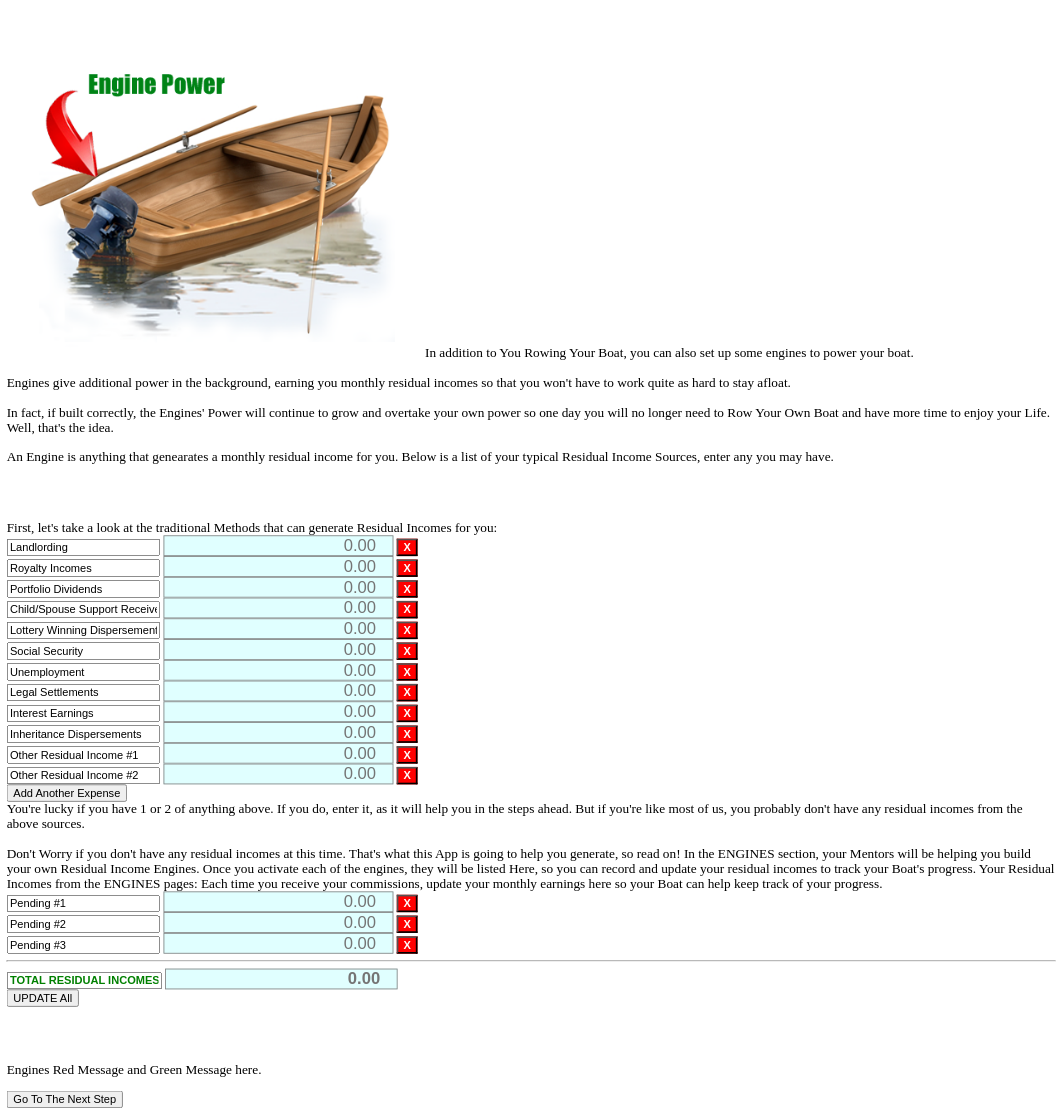
Repository: DevZubair/Danh-App
Page: www/templates/boat-fuel.html
The author's editor kept a record of every edit. The page is drawn from the files as they stood at one moment, then again after the next edit.
The browser window is 1280 px wide. The pictures show the whole page, at 83% of full size.

Above is the page before.

### www/templates/boat-fuel.html
<!--<ion-view view-title="Boat Weight">
  <ion-content>-->


    <div class="card">

      <div class="item item-divider item-royal">
        <h2 style="color:white">Fuel For Your Boat</h2>
      </div>

      <div class="item item-text-wrap">
       <div class="row">
        <div class="col">
          <img src="img/BoatEnginePower.png" class="images-right-50"></img>
           In addition to You Rowing Your Boat, you can also set up some engines to power your boat.<br><br>

           Engines give additional power in the background, earning you monthly residual incomes so that you won't have to work quite as hard to stay afloat.<br><br>

           In fact, if built correctly, the Engines' Power will continue to grow and overtake your own power so one day you will no longer need to Row Your Own Boat and have more time to enjoy your Life.  Well, that's the idea.<br><br>

           An Engine is anything that genearates a monthly residual income for you.  Below is a list of your typical Residual Income Sources, enter any you may have.
        </div>
      </div>
      </div>

      <div class="item item-divider item-royal">
        <h2 style="color:white">Engines Estimator</h2>
      </div>

      <div class="item item-text-wrap">

        <span class="subtitle">First, let's take a look at the traditional Methods that can generate Residual Incomes for you: </span>

        <div class="list">

          <div class="row">
            <input class="col col-50 input-label" value="Landlording">
            <input class="col col-30" style="font-size: 20px; background-color:lightcyan; padding:0 5px; text-align:right; border:1px solid gray"  placeholder="0.00" type="number">
            <button class="col col-10" style="color:white; font-weight:bold; background-color:red">X</button>
          </div>

          <div class="row">
            <input class="col col-50 input-label" value="Royalty Incomes">
            <input class="col col-30" style="font-size: 20px; background-color:lightcyan; padding:0 5px; text-align:right; border:1px solid gray"  placeholder="0.00" type="number">
            <button class="col col-10" style="color:white; font-weight:bold; background-color:red">X</button>
          </div>

          <div class="row">
            <input class="col col-50 input-label" value="Portfolio Dividends">
            <input class="col col-30" style="font-size: 20px; background-color:lightcyan; padding:0 5px; text-align:right; border:1px solid gray"  placeholder="0.00" type="number">
            <button class="col col-10" style="color:white; font-weight:bold; background-color:red">X</button>
          </div>

          <div class="row">
            <input class="col col-50 input-label" value="Child/Spouse Support Received">
            <input class="col col-30" style="font-size: 20px; background-color:lightcyan; padding:0 5px; text-align:right; border:1px solid gray"  placeholder="0.00" type="number">
            <button class="col col-10" style="color:white; font-weight:bold; background-color:red">X</button>
          </div>

          <div class="row">
            <input class="col col-50 input-label" value="Lottery Winning Dispersements">
            <input class="col col-30" style="font-size: 20px; background-color:lightcyan; padding:0 5px; text-align:right; border:1px solid gray"  placeholder="0.00" type="number">
            <button class="col col-10" style="color:white; font-weight:bold; background-color:red">X</button>
          </div>

          <div class="row">
            <input class="col col-50 input-label" value="Social Security">
            <input class="col col-30" style="font-size: 20px; background-color:lightcyan; padding:0 5px; text-align:right; border:1px solid gray"  placeholder="0.00" type="number">
            <button class="col col-10" style="color:white; font-weight:bold; background-color:red">X</button>
          </div>

          <div class="row">
            <input class="col col-50 input-label" value="Unemployment">
            <input class="col col-30" style="font-size: 20px; background-color:lightcyan; padding:0 5px; text-align:right; border:1px solid gray"  placeholder="0.00" type="number">
            <button class="col col-10" style="color:white; font-weight:bold; background-color:red">X</button>
          </div>

          <div class="row">
            <input class="col col-50 input-label" value="Legal Settlements">
            <input class="col col-30" style="font-size: 20px; background-color:lightcyan; padding:0 5px; text-align:right; border:1px solid gray"  placeholder="0.00" type="number">
            <button class="col col-10" style="color:white; font-weight:bold; background-color:red">X</button>
          </div>

          <div class="row">
            <input class="col col-50 input-label" value="Interest Earnings">
            <input class="col col-30" style="font-size: 20px; background-color:lightcyan; padding:0 5px; text-align:right; border:1px solid gray"  placeholder="0.00" type="number">
            <button class="col col-10" style="color:white; font-weight:bold; background-color:red">X</button>
          </div>

          <div class="row">
            <input class="col col-50 input-label" value="Inheritance Dispersements">
            <input class="col col-30" style="font-size: 20px; background-color:lightcyan; padding:0 5px; text-align:right; border:1px solid gray"  placeholder="0.00" type="number">
            <button class="col col-10" style="color:white; font-weight:bold; background-color:red">X</button>
          </div>
        </div>

        <div class="row">
            <input class="col col-50 input-label" value="Other Residual Income #1">
            <input class="col col-30" style="font-size: 20px; background-color:lightcyan; padding:0 5px; text-align:right; border:1px solid gray"  placeholder="0.00" type="number">
            <button class="col col-10" style="color:white; font-weight:bold; background-color:red">X</button>
          </div>

          <div class="row">
            <input class="col col-50 input-label" value="Other Residual Income #2">
            <input class="col col-30" style="font-size: 20px; background-color:lightcyan; padding:0 5px; text-align:right; border:1px solid gray"  placeholder="0.00" type="number">
            <button class="col col-10" style="color:white; font-weight:bold; background-color:red">X</button>
          </div>
        </div>

<div class="row">
  <div class="col col-50">
    <button class="button button-block button-balanced" >Add Another Expense</button>
  </div>
</div>

          You're lucky if you have 1 or 2 of anything above.  If you do, enter it, as it will help you in the steps ahead.  But if you're like most of us, you probably don't have any residual incomes from the above sources.<br><br>

          Don't Worry if you don't have any residual incomes at this time.  That's what this App is going to help you generate, so read on! In the ENGINES section, your Mentors will be helping you build your own Residual Income Engines.  Once you activate each of the engines, they will be listed Here, so you can record and update your residual incomes to track your Boat's progress.

          <span class="subtitle">Your Residual Incomes from the ENGINES pages:</span> Each time you receive your commissions, update your monthly earnings here so your Boat can help keep track of your progress.



        <div class="list">
          <div class="row">
            <input class="col col-50 input-label" value="Pending #1">
            <input class="col col-30" style="font-size: 20px; background-color:lightcyan; padding:0 5px; text-align:right; border:1px solid gray"  placeholder="0.00" type="number">
            <button class="col col-10" style="color:white; font-weight:bold; background-color:red">X</button>
          </div>

          <div class="row">
            <input class="col col-50 input-label" value="Pending #2">
            <input class="col col-30" style="font-size: 20px; background-color:lightcyan; padding:0 5px; text-align:right; border:1px solid gray"  placeholder="0.00" type="number">
            <button class="col col-10" style="color:white; font-weight:bold; background-color:red">X</button>
          </div>

          <div class="row">
            <input class="col col-50 input-label" value="Pending #3">
            <input class="col col-30" style="font-size: 20px; background-color:lightcyan; padding:0 5px; text-align:right; border:1px solid gray"  placeholder="0.00" type="number">
            <button class="col col-10" style="color:white; font-weight:bold; background-color:red">X</button>
          </div>

        </div>


            <hr>

        <div class="list">
          <div class="row">
            <input class="col col-50 input-label" value="TOTAL RESIDUAL INCOMES" style="color:green;font-weight:bold">
            <input class="col col-30" style="font-weight:bold; font-size: 20px; background-color:lightcyan; padding:0 5px; text-align:right; border:1px solid gray"  placeholder="0.00" type="number">
            <div class="col col-10"></div>
          </div>
        </div

<div class="row">
  <div class="col col-50">
    <button class="button button-block button-balanced" >UPDATE All</button>
  </div>
</div>


      <div class="item item-divider item-royal">
        <h2 style="color:white">Your Engines Summary</h2>
      </div>

            <div class="item item-text-wrap">
        <p>
        Engines Red Message and Green Message here.</p>
      </div>

    </div>

    <div class="padding">
      <button class="button button-balanced icon-right ion-chevron-right button-Next">Go To The Next Step</button>
    </div>

  <!--<ion-content>
</ion-view>-->

After the next edit:
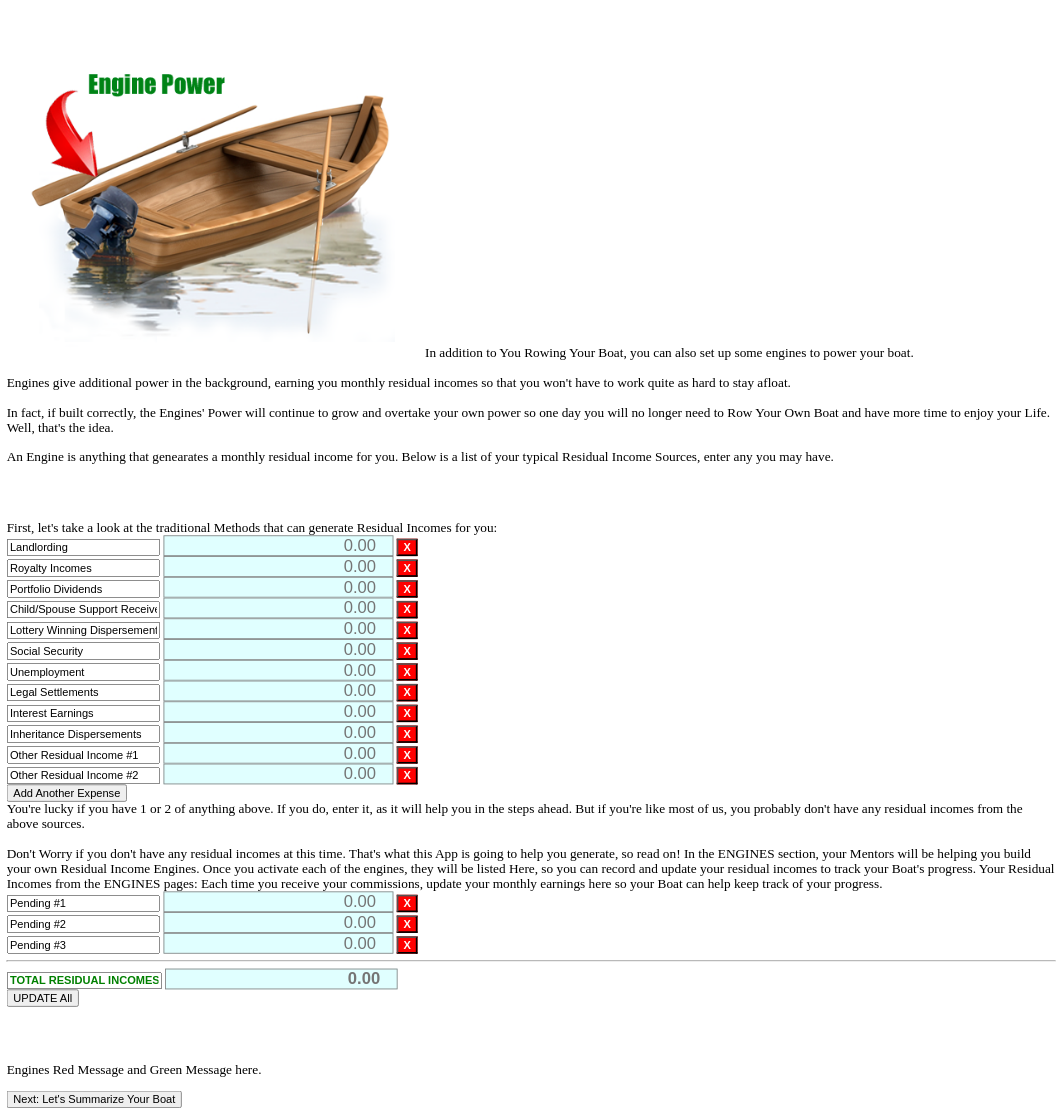
The edit:
--- a/www/templates/boat-fuel.html
+++ b/www/templates/boat-fuel.html
@@ -172,7 +172,7 @@
     </div>
 
     <div class="padding">
-      <button class="button button-balanced icon-right ion-chevron-right button-Next">Go To The Next Step</button>
+      <button class="button button-balanced icon-right ion-chevron-right button-Next" ui-sref="members.boat.charts">Next: Let's Summarize Your Boat</button>
     </div>
 
   <!--<ion-content>
